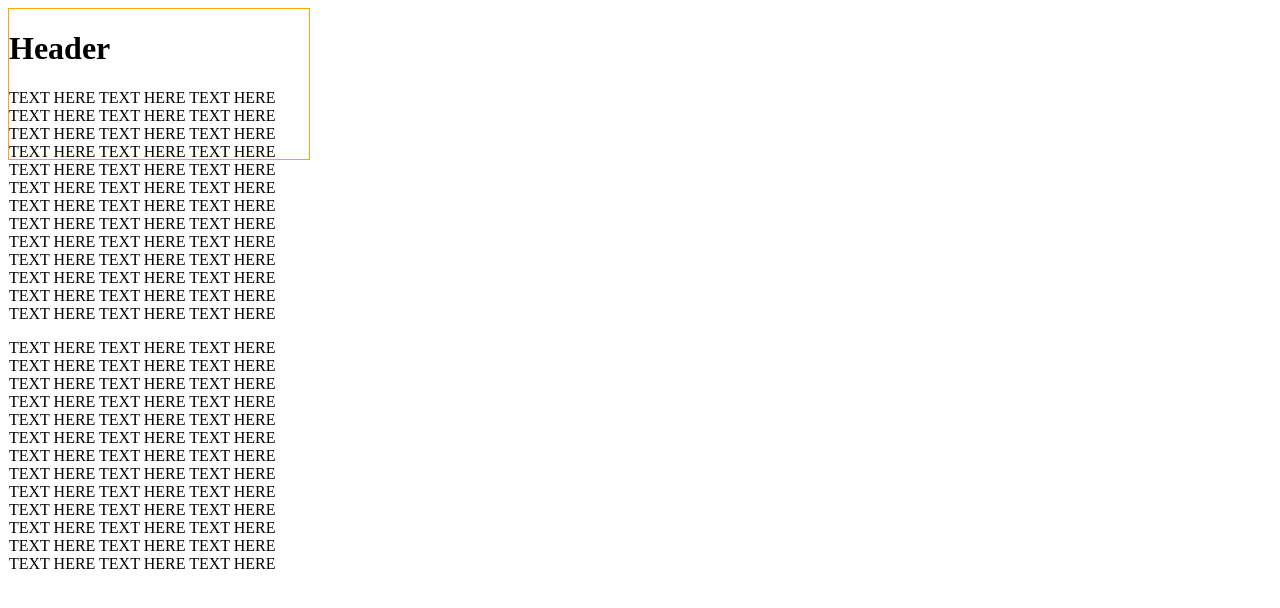
Repository: lixinso/html5
Page: workspace/CSS3/WebContent/box/box_overflow.html
These files come from the project's save history. The page is drawn as it stood at one moment and after the next save; the edit follows.
The browser window is 1280 px wide. The pictures show the whole page.

Above is the page before, as saved 2011-05-28 02:00:20.

### workspace/CSS3/WebContent/box/box_overflow.html
<?xml version="1.0" encoding="UTF-8" ?>
<!DOCTYPE html PUBLIC "-//W3C//DTD XHTML 1.0 Transitional//EN" "http://www.w3.org/TR/xhtml1/DTD/xhtml1-transitional.dtd">
<html xmlns="http://www.w3.org/1999/xhtml">
<head>
<meta http-equiv="Content-Type" content="text/html; charset=UTF-8" />
<title>Insert title here</title>

	<style type="text/css">

	div{
		width: 300px;
		height: 150px;
		border: solid 1px orange;
	}

	</style>


</head>
<body>


	<div>
		<h1>Header</h1>
		<p>
		TEXT HERE TEXT HERE TEXT HERE TEXT HERE TEXT HERE TEXT HERE
		TEXT HERE TEXT HERE TEXT HERE TEXT HERE TEXT HERE TEXT HERE
		TEXT HERE TEXT HERE TEXT HERE TEXT HERE TEXT HERE TEXT HERE
		TEXT HERE TEXT HERE TEXT HERE TEXT HERE TEXT HERE TEXT HERE
		TEXT HERE TEXT HERE TEXT HERE TEXT HERE TEXT HERE TEXT HERE
		TEXT HERE TEXT HERE TEXT HERE TEXT HERE TEXT HERE TEXT HERE
		TEXT HERE TEXT HERE TEXT HERE
		</p>
		<p>
		TEXT HERE TEXT HERE TEXT HERE TEXT HERE TEXT HERE TEXT HERE
		TEXT HERE TEXT HERE TEXT HERE TEXT HERE TEXT HERE TEXT HERE
		TEXT HERE TEXT HERE TEXT HERE TEXT HERE TEXT HERE TEXT HERE
		TEXT HERE TEXT HERE TEXT HERE TEXT HERE TEXT HERE TEXT HERE
		TEXT HERE TEXT HERE TEXT HERE TEXT HERE TEXT HERE TEXT HERE
		TEXT HERE TEXT HERE TEXT HERE TEXT HERE TEXT HERE TEXT HERE
		TEXT HERE TEXT HERE TEXT HERE
		</p>
	</div>

</body>
</html>

After the next save:
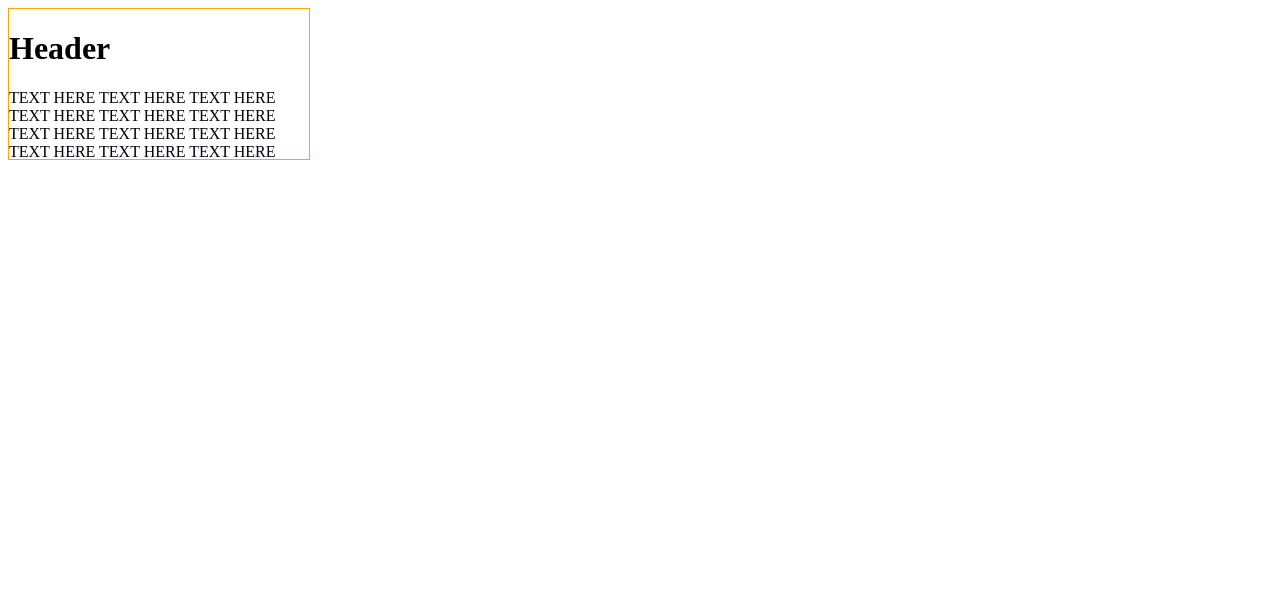
Saved 19 s later.
--- a/workspace/CSS3/WebContent/box/box_overflow.html
+++ b/workspace/CSS3/WebContent/box/box_overflow.html
@@ -11,6 +11,7 @@
 		width: 300px;
 		height: 150px;
 		border: solid 1px orange;
+		overflow: scroll;
 	}
 
 	</style>

After the save that followed:
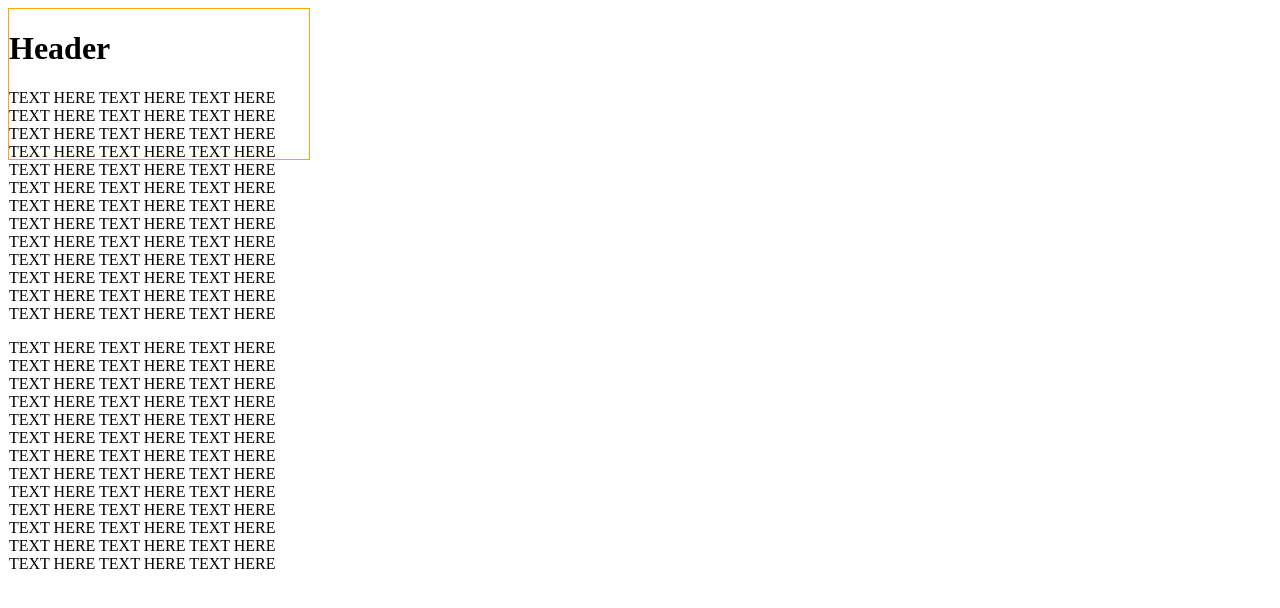
Saved 15 s later.
--- a/workspace/CSS3/WebContent/box/box_overflow.html
+++ b/workspace/CSS3/WebContent/box/box_overflow.html
@@ -11,7 +11,7 @@
 		width: 300px;
 		height: 150px;
 		border: solid 1px orange;
-		overflow: scroll;
+		overflow: visible;
 	}
 
 	</style>
